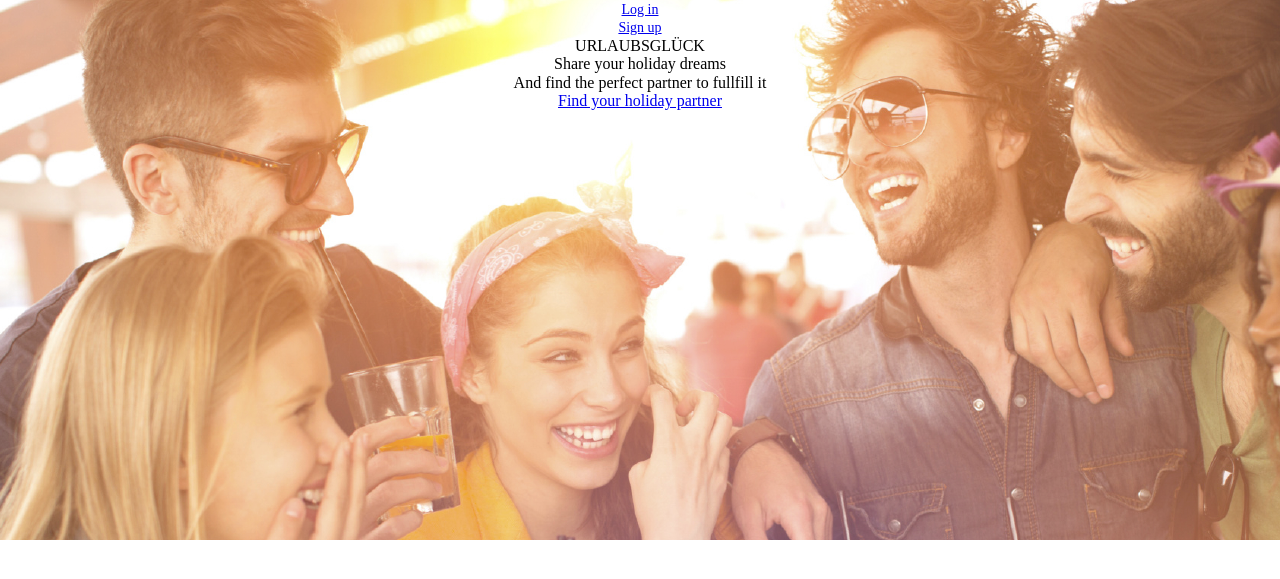
Repository: RobinKite/web_core_hws
Page: html-css/module-08/index.html
An editor plug-in stored every save of this project. The page is shown before and after the next save, followed by the edit.
The browser window is 1280 px wide. The pictures show the whole page.

Above is the page before, as saved 2020-04-30 22:11:33.

After the next save:
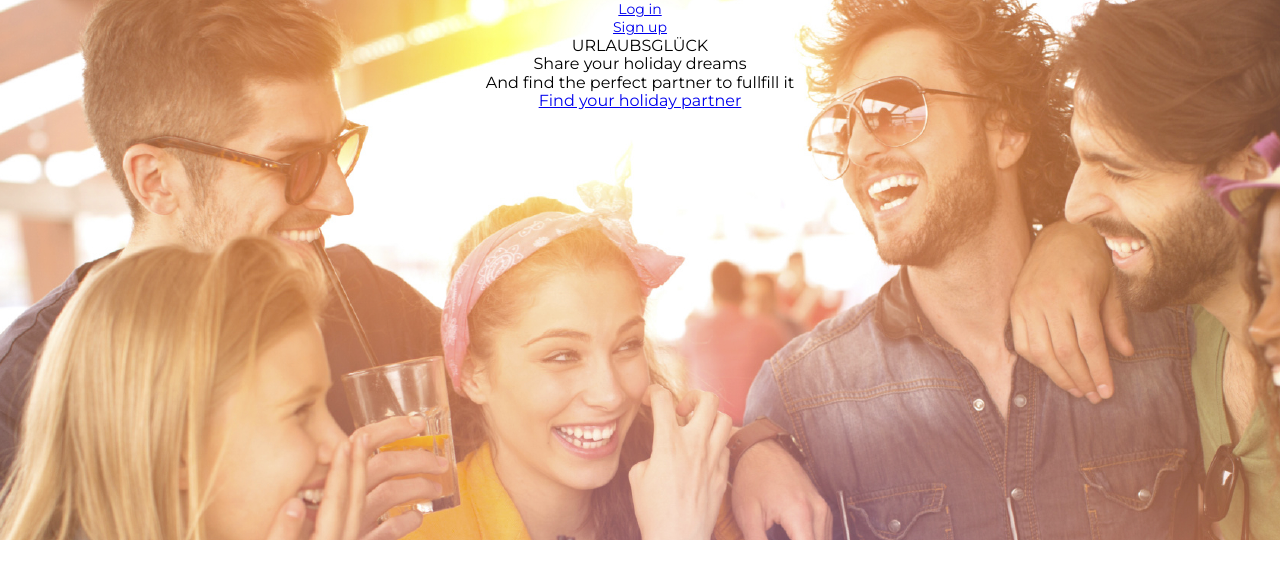
Saved 9 s later.
--- a/html-css/module-08/css/styles.css
+++ b/html-css/module-08/css/styles.css
@@ -15,6 +15,10 @@ img {
     display: block;
     max-width: 100%;
     object-fit: cover;
+}
+
+body {
+    font-family: 'Montserrat', sans-serif;
 }
 
 
